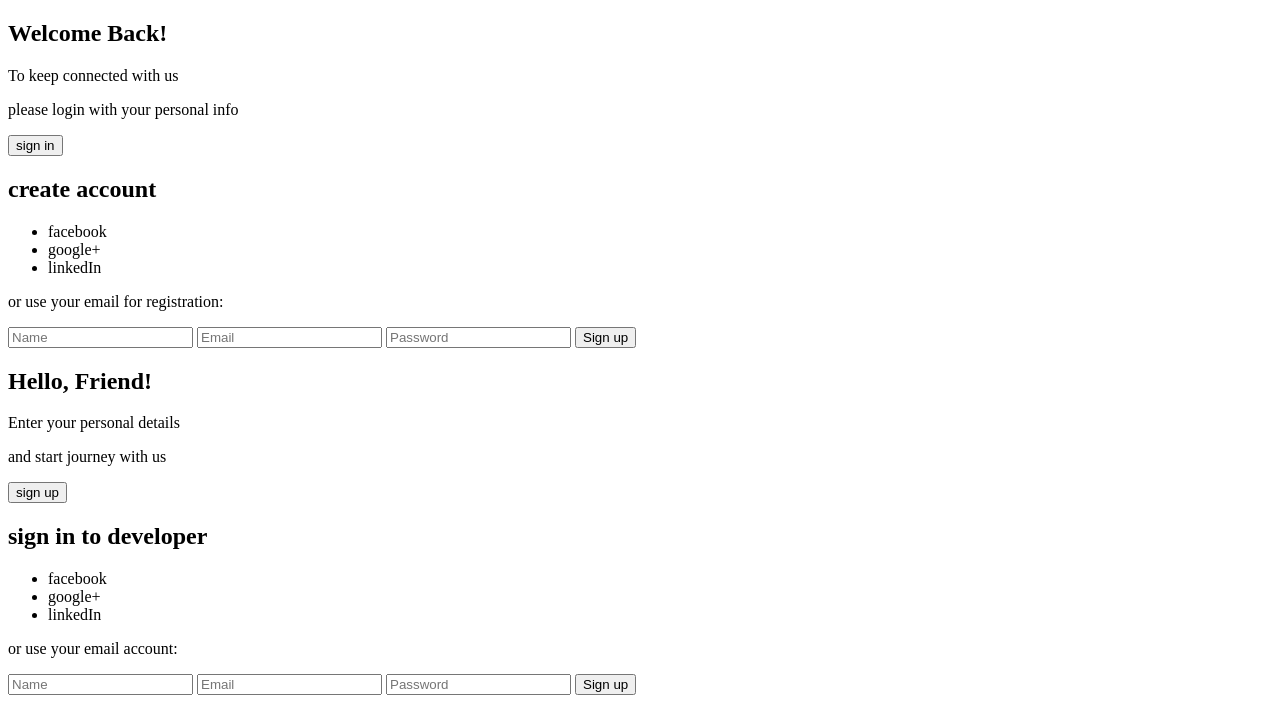
Repository: Gcodeco/ii9Telecom
Page: dist/public/login.html
These files come from the project's save history. The page is drawn as it stood at one moment and after a run of saves; the edit follows.
The browser window is 1280 px wide. The pictures show the whole page.

Above is the page before, as saved 2024-10-29 19:00:19.

After the next 2 saves:
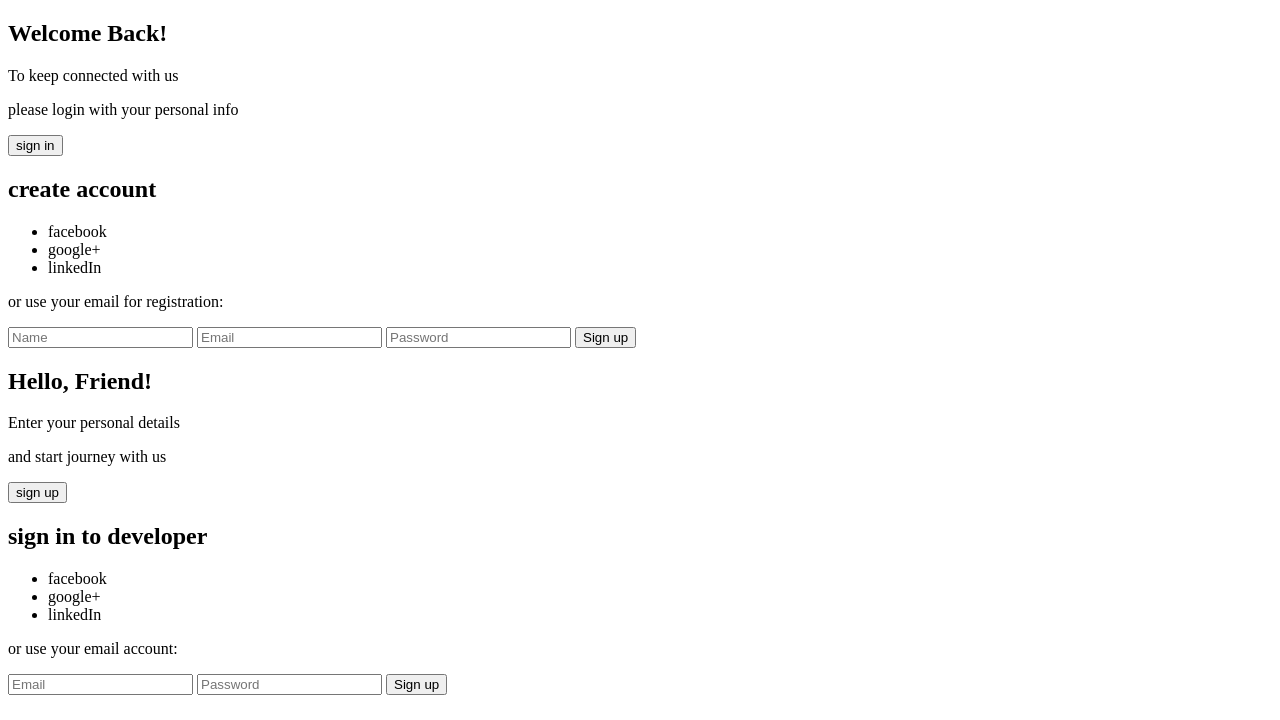
The 2 saves are shown as one change because they came seconds apart.
The last was saved 10 s later.
--- a/dist/public/login.html
+++ b/dist/public/login.html
@@ -51,7 +51,6 @@
                     </div>
                     <p class="description">or use your email account: </p>
                     <form class="form">
-                        <input type="text" placeholder="Name">
                         <input type="text" placeholder="Email">
                         <input type="text" placeholder="Password">
                         <button class="btn">Sign up</button>
